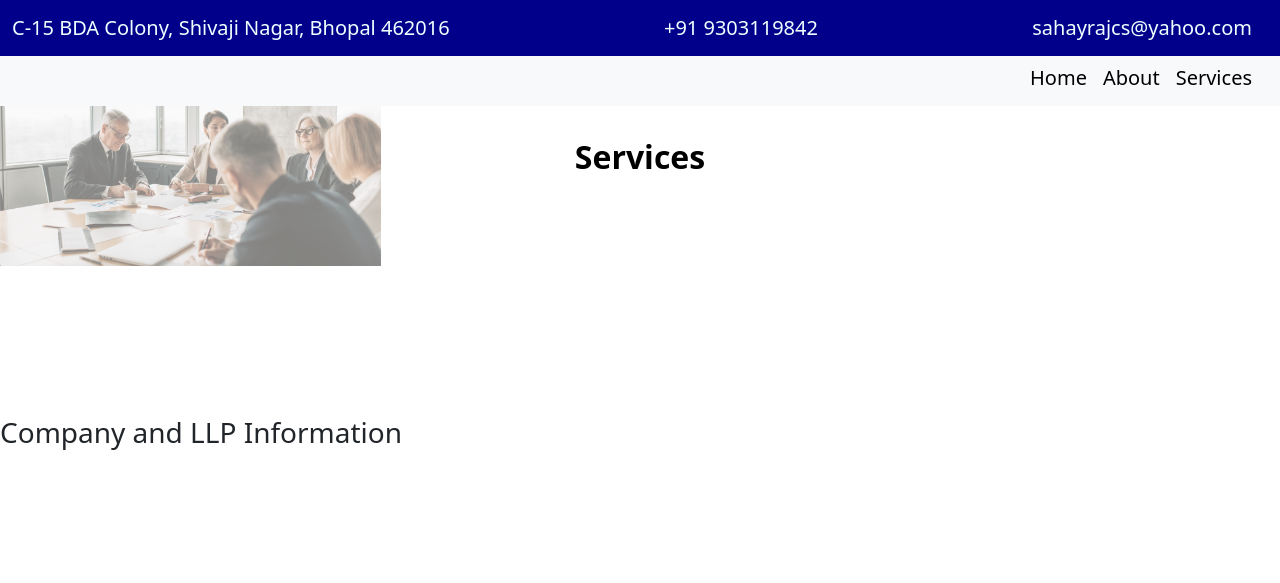
Repository: aayushiss/CS-RSS
Page: services.html
An editor plug-in stored every save of this project. The page is shown before and after the next save, followed by the edit.
The browser window is 1280 px wide. The pictures show the whole page.

Above is the page before, as saved 2025-05-16 00:05:29.

After the next save:
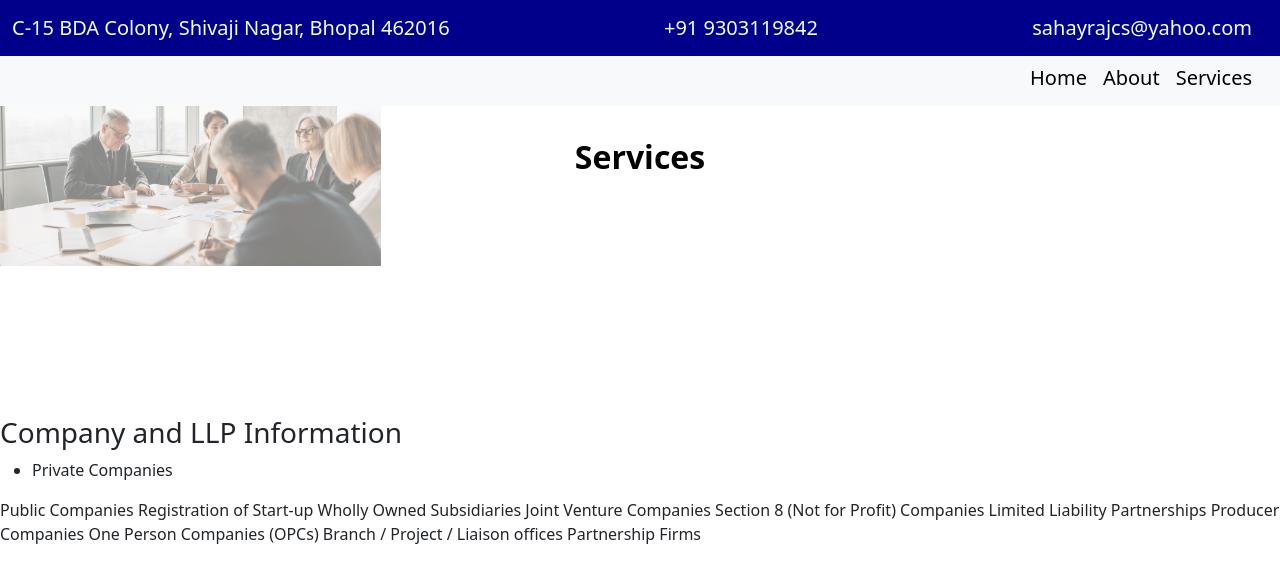
Saved 96 s later.
--- a/services.html
+++ b/services.html
@@ -35,6 +35,20 @@
     </h2>
   </div>
   <h3>Company and LLP Information</h3>
+<ul>
+    <li>Private Companies</li>
+</ul>
 
 </body>
 </html>
+
+Public Companies
+Registration of Start-up
+Wholly Owned Subsidiaries
+Joint Venture Companies
+Section 8 (Not for Profit) Companies
+Limited Liability Partnerships
+Producer Companies
+One Person Companies (OPCs)
+Branch / Project / Liaison offices
+Partnership Firms
